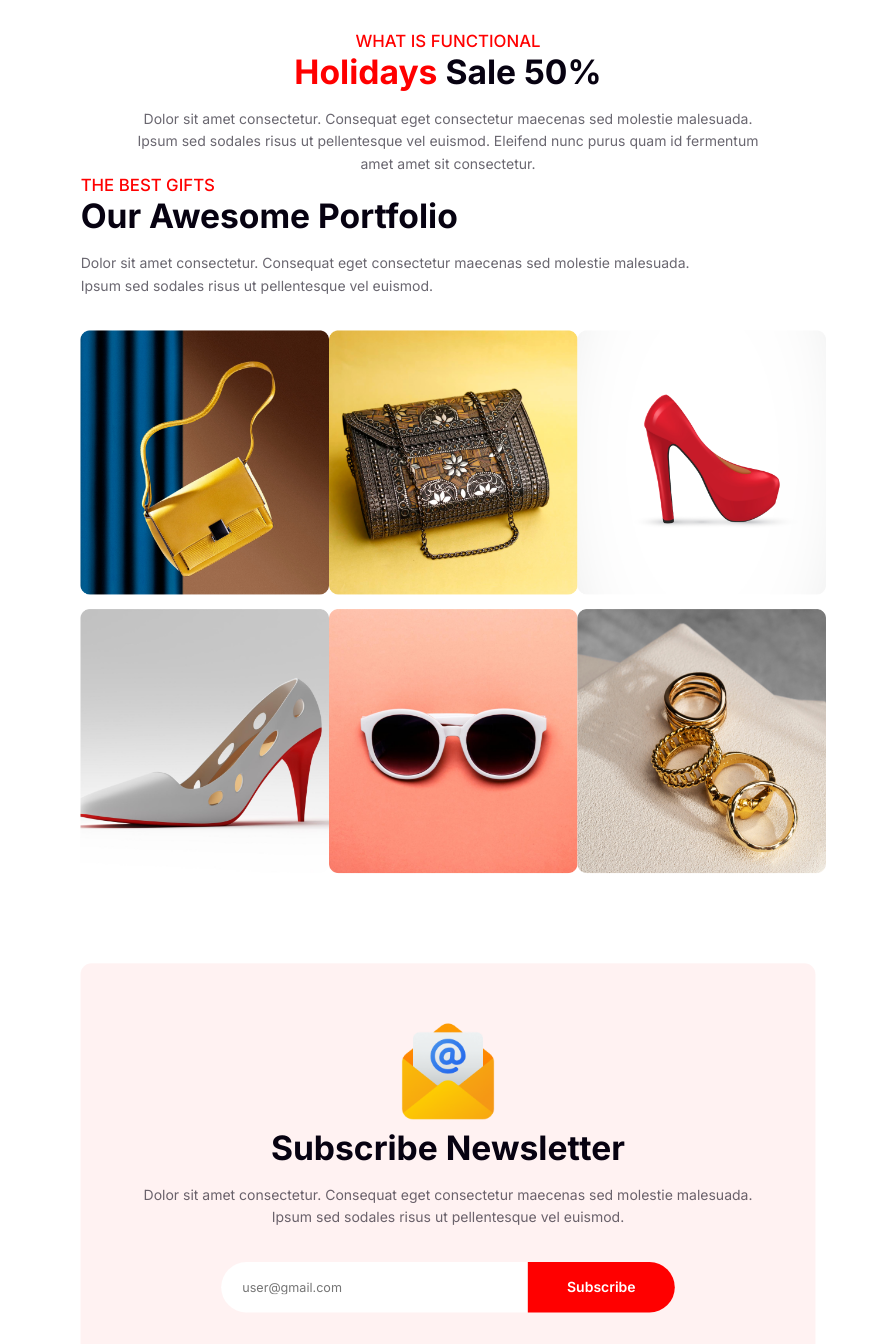
Repository: rahmatahmedrifat/First-Assignment
Page: index.html
An editor plug-in stored every save of this project. The page is shown before and after the next save, followed by the edit.
The browser window is 1280 px wide. The pictures show the part of the page from y = 3370 to 5290 px (the page is 6069 px tall before and 6789 px after), at 70% of full size.

Above is the page before, as saved 2024-01-08 23:02:28.

After the next save:
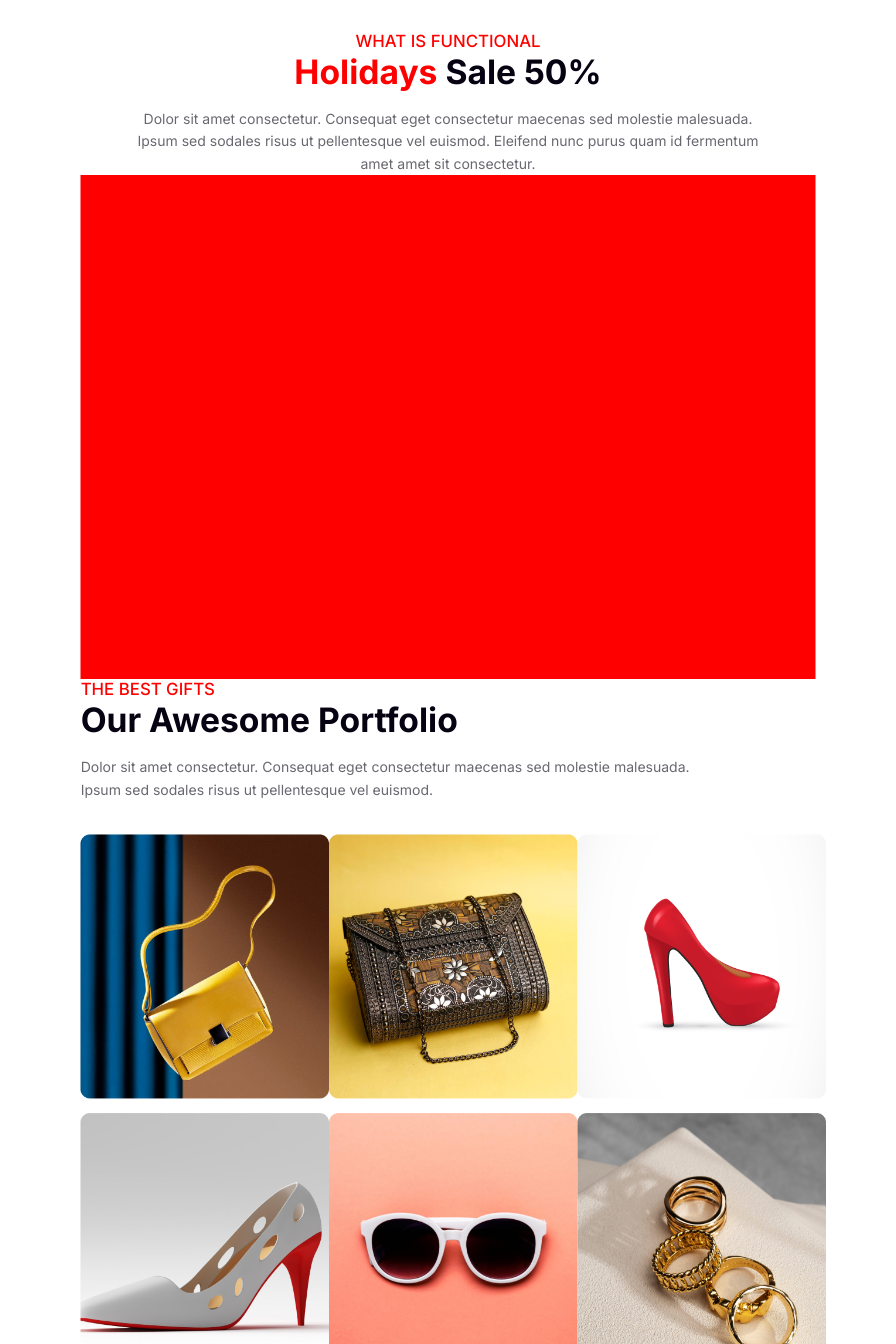
Saved 110 s later.
--- a/Style/style.css
+++ b/Style/style.css
@@ -419,3 +419,10 @@
     width: 920px;
     margin: 0 auto;
 }
+.holiday-back-img{
+    background-image: url(../images/Rectangle\ 2.png);
+    background-repeat: no-repeat;
+    background-position: bottom;
+    background-size: cover;
+    height: 100vh;
+}
